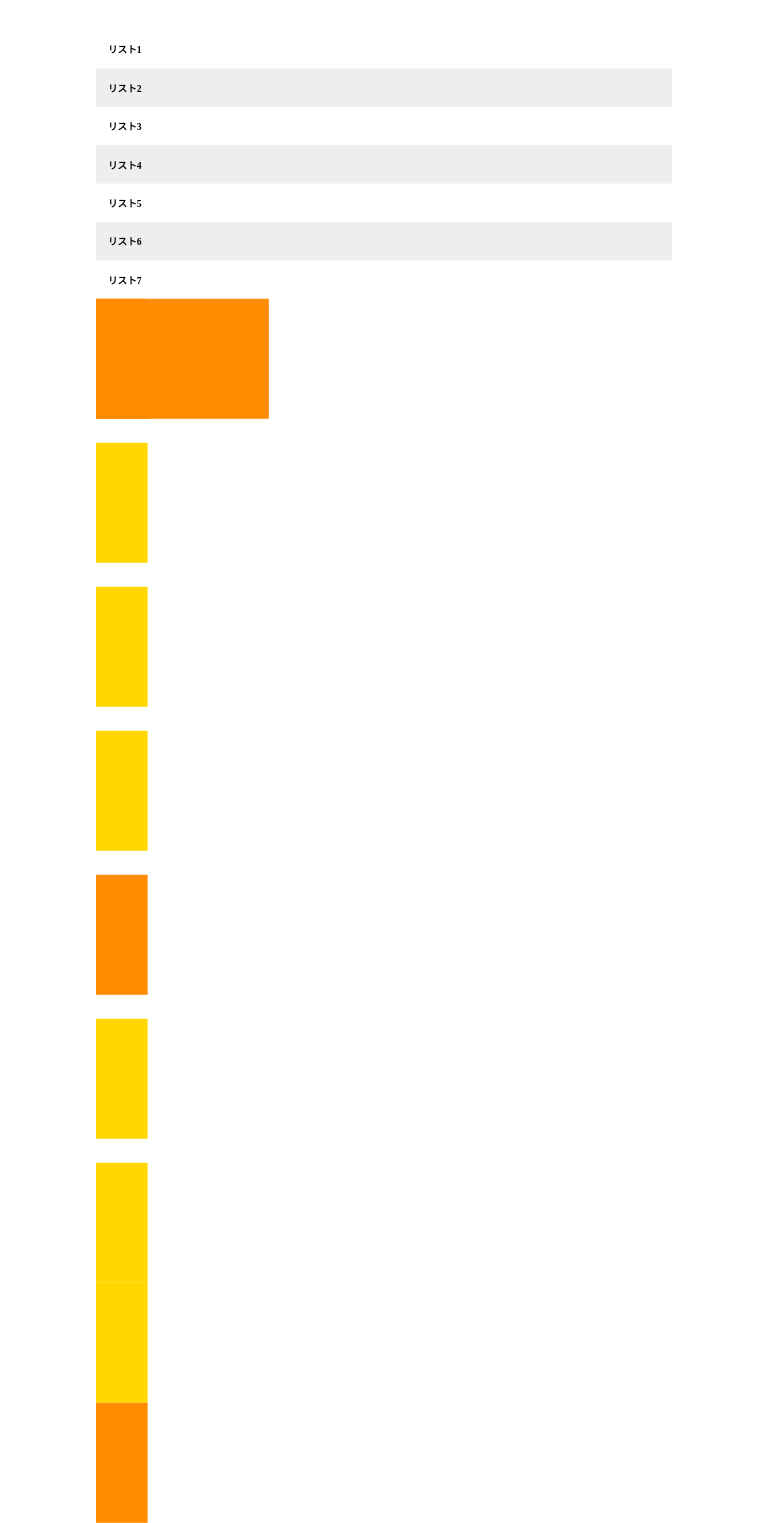
Repository: Tyubyasa/abc
Page: chapter8/chapter8.html
The author's editor kept a record of every edit. The page is drawn from the files as they stood at one moment, then again after the next edit.
The browser window is 1280 px wide. The pictures show the whole page, at 60% of full size.

Above is the page before.

After the next edit:
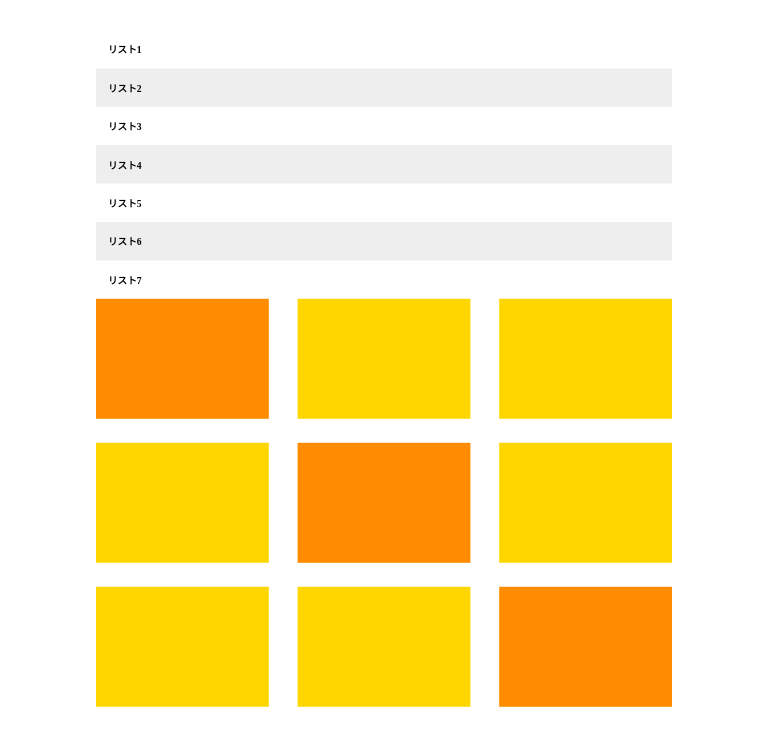
The edit:
--- a/chapter8/chapter8.html
+++ b/chapter8/chapter8.html
@@ -43,7 +43,6 @@
  <!-- main用のdiv -->
 
       <div class="box-list">
-        <div class="box">
       <div class="box">
          </div>
         <div class="box">
